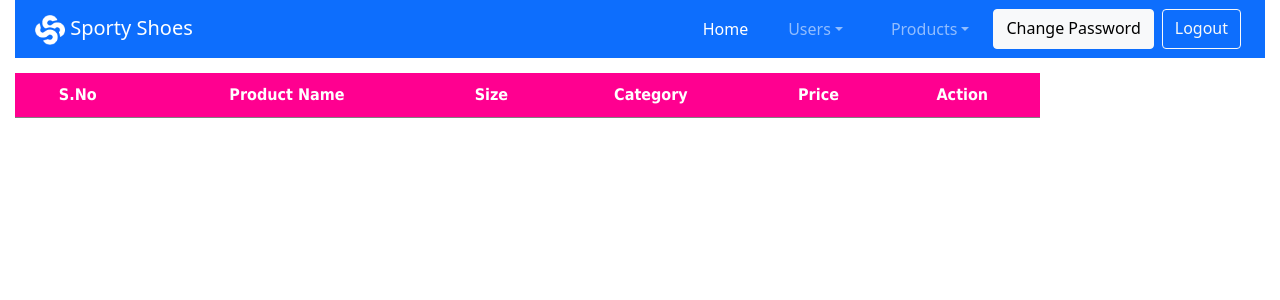
Repository: anuragkr41/FSDPhase3
Page: http://localhost/sporty-shoes/WEB-INF/view/store.jsp
The author's editor kept a copy of each file at every save. The page is drawn from the files as they stood at one save, then again after the next save.
The browser window is 1280 px wide. The pictures show the whole page.
The page is served by Tomcat 9. Nobody is signed in. The template is opened directly, without the code that normally fills it, so the values that code supplies are empty.

Above is the page before, as saved 2021-07-25 17:14:02.

After the next save:
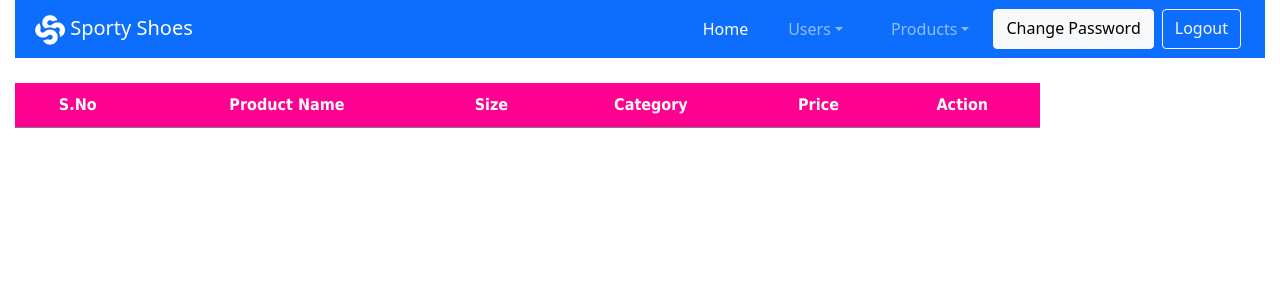
Saved 29 s later.
--- a/sporty-shoes/WebContent/resources/css/style.css
+++ b/sporty-shoes/WebContent/resources/css/style.css
@@ -31,7 +31,7 @@ tr:nth-child(odd) {background: #BBBBBB}
 #header h2 {width: 100%; margin:auto; color: #FFFFFF;}
 #container {width: 100%; margin:auto}
 #container h3 {color: #000;}
-#container #content {margin-top: 15px;}
+#container #content {margin-top: 25px;}
 
 .add-button {
 	border: 1px solid #666;
